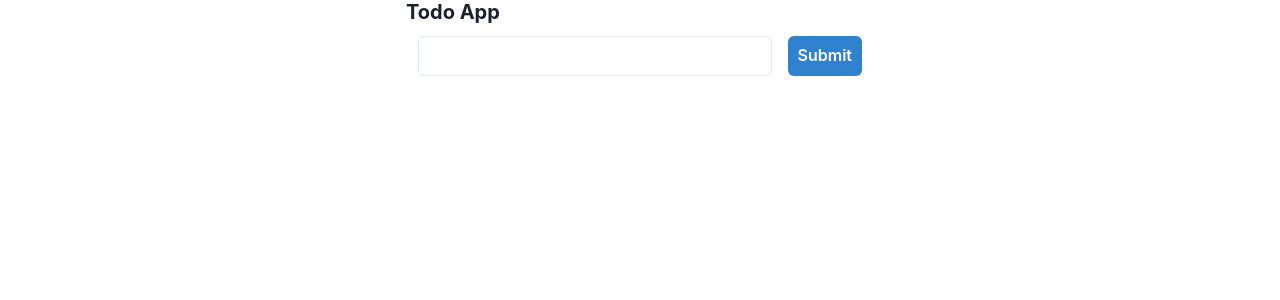
Repository: jammy729/todo-react
Page: /
The author's editor kept a copy of each file at every save. The page is drawn from the files as they stood at one save, then again after the next save.
The browser window is 1280 px wide. The pictures show the whole page.
The page's requests for data from a server got no answer. The project was rebuilt for these pictures with package versions that can differ from the ones it lists, and the page was loaded fresh each time. No one was signed in, and anything a server would have sent is missing. Also part of the build but not shown: vite.config.js.

Above is the page before, as saved 2022-07-19 12:31:53.

After the next save:
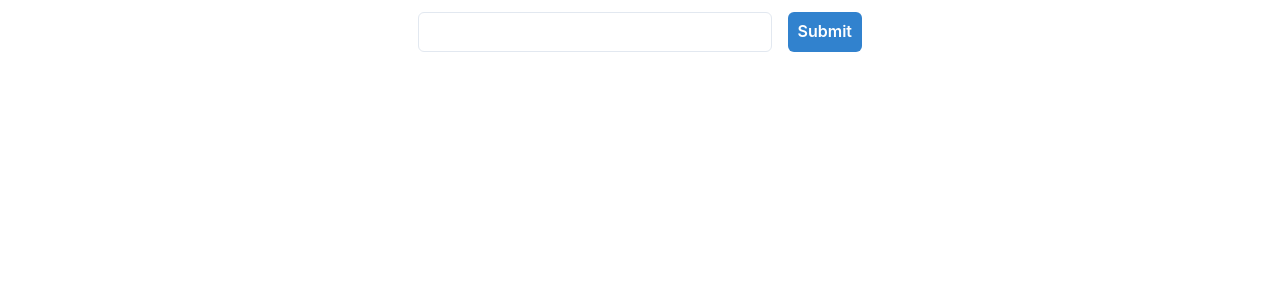
Saved 7 s later.
--- a/src/App.jsx
+++ b/src/App.jsx
@@ -71,7 +71,6 @@ const App = () => {
 
   return (
     <Container maxW='500px'>
-      <Heading size='md'>Todo App</Heading>
 
       <Flex m={3}>
         <Input value={todo} onChange={handleChange} mr={4} />
